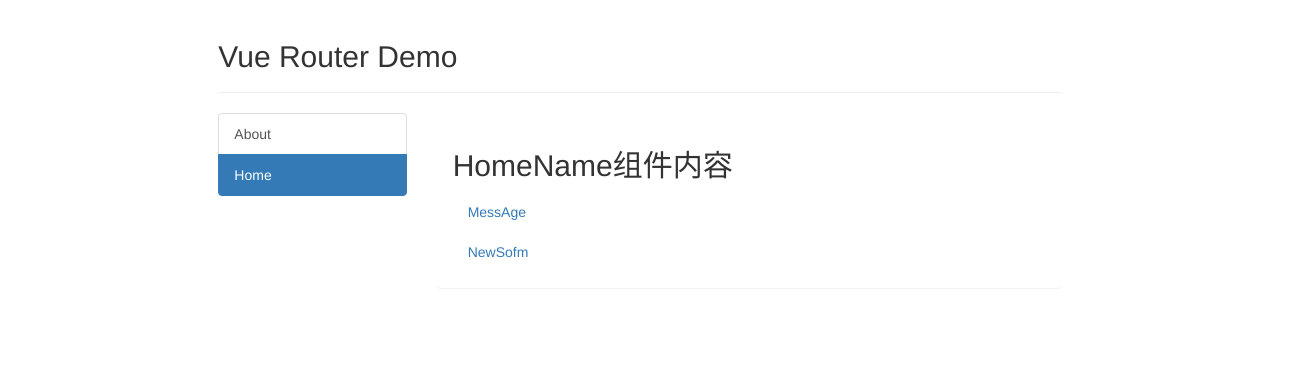
Repository: ldqml/vue.test
Page: /#/home/newsofm (app in router/)
These files come from the project's save history. The page is drawn as it stood at one moment and after the next save; the edit follows.
The browser window is 1280 px wide. The page is 1295 px wide, so the pictures cover 1295 px, including what lies to the right of the window. The pictures show the whole page.
The project was rebuilt for these pictures with package versions that can differ from the ones it lists, and the page was loaded fresh each time. Also part of the build but not shown: router/vue.config.js, router/src/components/AboutName.vue, router/src/components/MessAge.vue.

Above is the page before, as saved 2022-08-28 22:15:34.

After the next save:
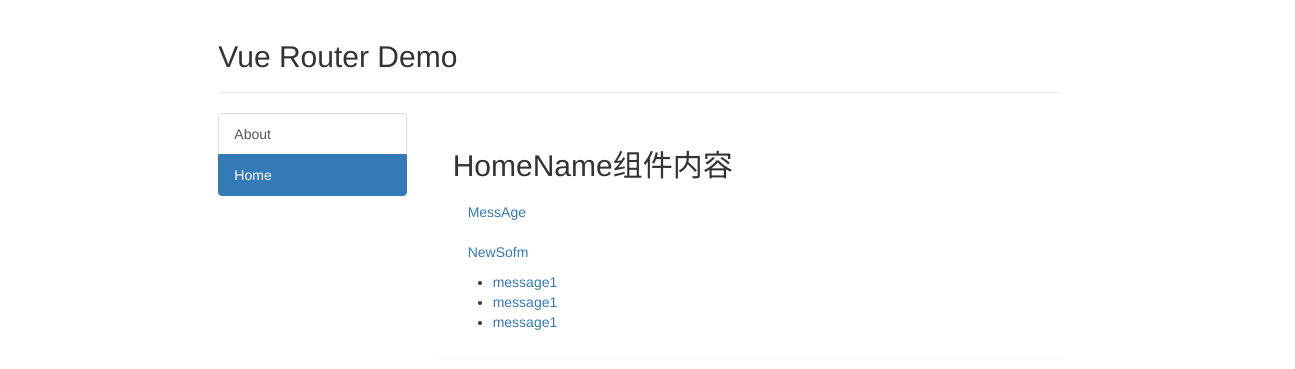
Saved 17 s later.
--- a/router/src/components/HomeName.vue
+++ b/router/src/components/HomeName.vue
@@ -10,6 +10,7 @@
         <router-link active-class="active" to="/home/newsofm">NewSofm</router-link>
       </li>
     </ul>
+    <router-view></router-view>
     </div>
   </div>
 </template>
